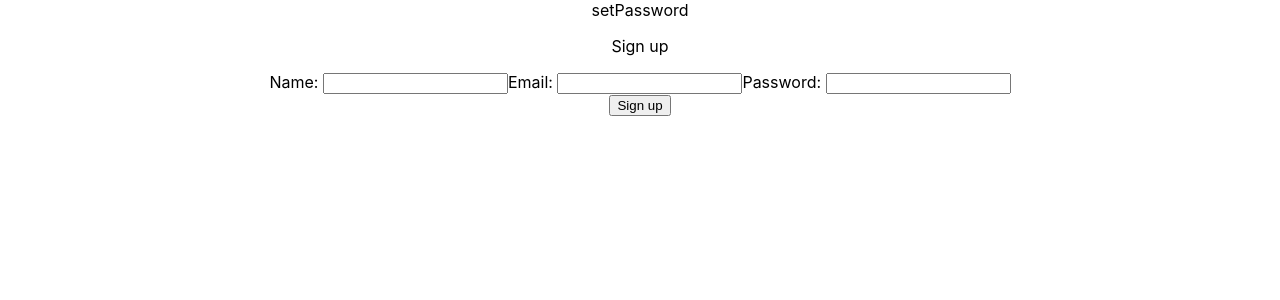
Repository: Rubin78/loginform
Page: /
These files come from the project's save history. The page is drawn as it stood at one moment and after a run of saves; the edit follows.
The browser window is 1280 px wide. The pictures show the whole page.
The project was rebuilt for these pictures with package versions that can differ from the ones it lists, and the page was loaded fresh each time. Also part of the build but not shown: src/loginform/loginform.js.

Above is the page before, as saved 2021-02-12 13:59:07.

After the next 2 saves:
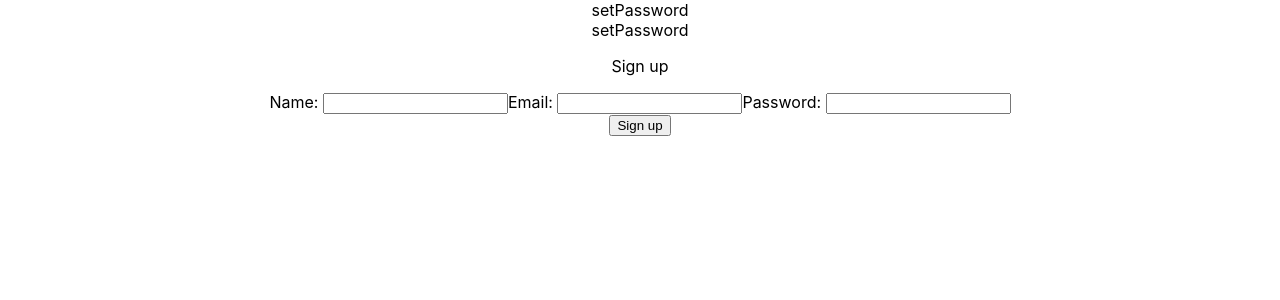
The 2 saves are shown as one change because they came seconds apart.
The last was saved 51 s later.
--- a/src/loginform/signupform.js
+++ b/src/loginform/signupform.js
@@ -11,16 +11,21 @@
   const submitHandler = (e) => {
     e.preventDefault()
     console.log("qwerty")
-
+    axios.post('https://login-8f9f5-default-rtdb.firebaseio.com/.json', {
+      name,
+      email,
+      password,
+    })
 
   }
   return (
     <MDBContainer>
       <MDBRow>
         <MDBCol md="6">
+          setPassword
           <form
             onSubmit={(e) => {
-              submitHandler(e)
+              submitHandler(e);
             }}
           >
             setPassword

After the 5 saves that followed:
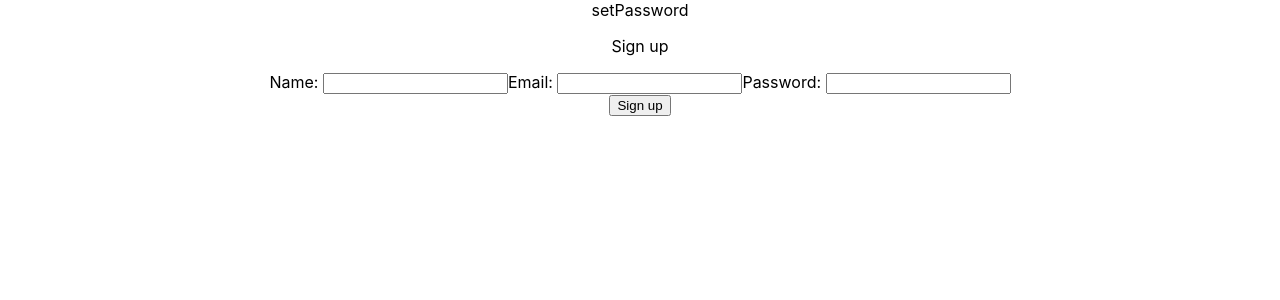
The 5 saves are shown as one change because 4 left the picture as it was.
The last was saved 88 s later.
--- a/src/loginform/signupform.js
+++ b/src/loginform/signupform.js
@@ -2,7 +2,7 @@
 import { MDBContainer, MDBRow, MDBCol, MDBBtn, MDBInput } from "mdbreact";
 import { BrowserRouter as Router, Switch, Route ,Link} from "react-router-dom";
 import axios from 'axios'
-
+import { ToastContainer, toast } from "react-toastify";
 const FormPage = () => {
   const [name, setName] = useState("")
   const [email, setEmail] = useState("")
@@ -15,6 +15,10 @@
       name,
       email,
       password,
+    }).then(response => {
+      console.log(response.data)
+    }).catch(error => {
+      toast("Sign up failed");
     })
 
   }
@@ -28,7 +32,6 @@
               submitHandler(e);
             }}
           >
-            setPassword
             <p className="h5 text-center mb-4">Sign up</p>
             <div className="grey-text">
               <label for="name">Name: </label>
@@ -68,6 +71,7 @@
             <div className="text-center">
               <input type="submit" value="Sign up" />
             </div>
+            <ToastContainer />
           </form>
         </MDBCol>
       </MDBRow>
